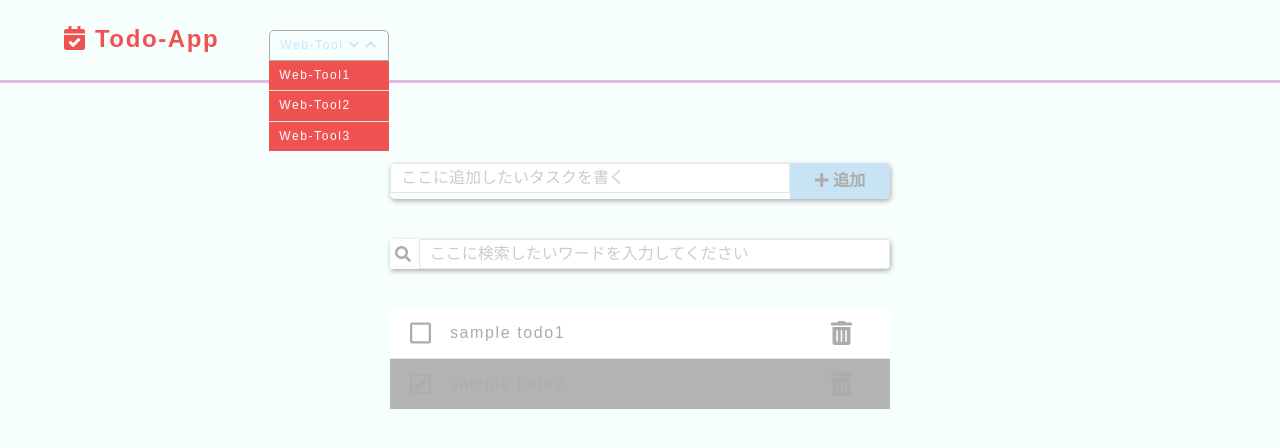
Repository: Hiroshii-m/todo_vue
Page: index.html
These files come from the project's save history. The page is drawn as it stood at one moment and after the next save; the edit follows.
The browser window is 1280 px wide. The pictures show the whole page.
The style sheet was rebuilt from its Sass, Less or Tailwind sources for each picture, by a compiler version that may differ from the author's.

Above is the page before, as saved 2021-06-26 21:23:50.

### index.html
<!DOCTYPE html>
<html lang="ja">
<head>
    <meta charset="UTF-8">
    <meta http-equiv="X-UA-Compatible" content="IE=edge">
    <meta name="viewport" content="width=device-width, initial-scale=1.0">
    <link rel="stylesheet" href="node_modules/@fortawesome/fontawesome-free/css/all.css">
    <link rel="stylesheet" href="dist/css/style.css">
    <title>TODO APP Vue</title>
</head>
<body class="u-bgColor-base">

    <!-- header -->
    <header id="l-header" class="u-border-bottom">
        <div class="c-header">
            <h2 class="c-header__home">
                <i class="fas fa-calendar-check"></i>
                <a class="c-header__text" href="">Todo-App</a>
            </h2>
            <h3 class="c-header__other">
                <div class="c-header__menu active">
                    Web-Tool
                    <i class="fas fa-chevron-down"></i>
                    <i class="fas fa-chevron-up"></i>
                </div>
                <ul class="c-header__subitem active">
                    <li class="c-header__item">
                        <a href="">Web-Tool1</a>
                    </li>
                    <li class="c-header__item">
                        <a href="">Web-Tool2</a>
                    </li>
                    <li class="c-header__item">
                        <a href="">Web-Tool3</a>
                    </li>
                </ul>
            </h3>
        </div>
    </header><!-- /header -->

    <!-- main -->
    <section id="l-main">
        <div class="c-main">
            <div id="l-addTask">
                <div class="c-addTask">
                    <input type="text" class="c-addTask__input" placeholder="ここに追加したいタスクを書く">
                    <button class="c-addTask__add">
                        <i class="fas fa-plus"></i>
                        追加
                    </button>
                </div>
            </div>
            <div id="l-search">
                <div class="c-search">
                    <i class="fas fa-search c-search__icon"></i>
                    <input type="text" class="c-search__input" placeholder="ここに検索したいワードを入力してください">
                </div>
            </div>
            <div id="l-list">
                <ul class="c-list">
                    <li class="c-list__item">
                        <i class="far fa-square c-list__icon"></i>
                        <span class="c-list__text">sample todo1</span>
                        <i class="fas fa-trash-alt c-list__icon"></i>
                    </li>
                    <li class="c-list__item c-list__item--done">
                        <i class="far fa-check-square c-list__icon"></i>
                        <span class="c-list__text">sample todo2</span>
                        <i class="fas fa-trash-alt c-list__icon"></i>
                    </li>
                </ul>
            </div>
        </div>
    </section><!-- /main -->

</body>
</html>

### src/scss/style.scss

// ======================================
// foundation
// ======================================
@use 'foundation/reset';
@use 'foundation/variables';
@use 'foundation/base';
// ======================================
// layout
// ======================================
#l-header {
    width: 100%;
}
#l-main {
    padding: 80px;
}
#l-addTask {
    margin-bottom: var(--space_3l);
}
#l-search {
    margin-bottom: var(--space_3l);
}
// ======================================
// object
// ======================================
// Component
// **************************************
.c-header {
    width: 90%;
    height: 80px;
    margin: 0 auto;
    display: flex;
    &__home {
        margin-right: 50px;
        font-weight: bold;
        color: var(--color_red);
        font-size: var(--font-size_xl);
        padding: var(--space_xl) 0;
    }
    &__other {
        font-size: var(--font-size_s);
        cursor: pointer;
        margin-top: 30px;
    }
    &__menu {
        padding: var(--space_s) var(--space_m);
        border: 1px solid var(--font-color_default);
        border-radius: 5px;
        &.active {
            border-radius: 5px 5px 0 0;
            color: var(--color_sky);
        }
    }
    &__subitem {
        display: none;
        transition: all .4s;
        &.active {
            display: block;
            transition: all .4s;
        }
    }
    &__item {
        color: #fff;
        background: var(--color_red);
        padding: var(--space_s) var(--space_m);
        border-bottom: 1px solid var(--border-color_default);
        &:last-child {
            border-bottom: none;
        }
        &:hover {
            background: var(--color_pale);
        }
    }
}
.c-main {
    width: var(--site-width_xxl);
    margin: 0 auto;
}
.c-task {
    max-width: 500px;
    margin: 0 auto;
    display: flex;
    &__input {
        height: 100%;
        padding: 5px 10px;
        border: 1px solid var(--border-color_default);
        box-sizing: border-box
    }
    &__icon {
        width: 30px;
        padding: var(--space_s);
    }
}
.c-addTask {
    @extend .c-task;
    border-radius: 5px;
    box-shadow: 1px 2px 5px 0px;
    overflow: hidden;
    &__input {
        @extend .c-task__input;
        width: 80%;
    }
    &__add {
        width: 20%;
        text-align: center;
        background: var(--color_sky);
        padding: var(--space_s) var(--space_m);
        font-weight: bold;
    }
}
.c-search {
    @extend .c-task;
    border-radius: 0 5px 5px 0;
    box-shadow: 1px 2px 5px 0px;
    overflow: hidden;
    background: #fff;
    align-items: center;
    &__icon {
        @extend .c-task__icon;
    }
    &__input {
        @extend .c-task__input;
    }
}
.c-list {
    &__item {
        @extend .c-task;
        height: 50px;
        background: #fff;
        padding: var(--space_s) var(--space_l);
        border-bottom: 1px solid var(--border-color_default);
        align-items: center;
        &:last-child {
            border-bottom: none;
        }
        &--done {
            background: rgb(179, 179, 179);
        }
    }
    &__icon {
        @extend .c-task__icon;
        font-size: var(--font-size_xl);
    }
    &__text {
        width: 80%;
        margin-left: var(--space_l);
        cursor: pointer;
    }
}
// Project
// **************************************
// Utility
// **************************************
.u-border {
    &-bottom {
        border-bottom: 3px solid var(--color_accent);
    }
}
.u-bgColor {
    &-base {
        background: var(--color_base);
    }
}

### src/scss/foundation/_variables.scss
:root {
    --font-color_default: #acacac;
    --color_base: #F7FFFE;
    --color_accent: #E3B6E5;
    --color_sky: #C8E4F4;
    --color_red: #F05252;
    --border-color_default: #E6E6E6;
    --color_pale: #FCBAAE;


    --site-width_xxl: 980px;
    --site-width_xl: 780px;
    --site-width_md: 580px;
    --site-width_ms: 414px;

    --font-size_s: 12px;
    --font-size_m: 14px;
    --font-size_default: 16px;
    --font-size_l: 18px;
    --font-size_xl: 24px;
    --font-size_xxl: 28px;
    --font-size_3l: 38px;


    --space_s: 5px;
    --space_m: 10px;
    --space_l: 15px;
    --space_xl: 20px;
    --space_xxl: 30px;
    --space_3l: 40px;

    --font-family_default: "メイリオ", sans-serif;
}

### src/scss/foundation/_base.scss
html, body {
    width: 100%;
    color: var(--font-color_default);
    line-height: 1.6;
    font-family: var(--font-family_default);
    letter-spacing: 0.1em;
}

p, a {
    -webkit-font-smoothing: antialiased;
}

img {
    width: 100%;
    height: 100%;
    vertical-align: bottom;
    object-fit: cover;
}

input {
    display: block;
    width: 100%;
    background: #fff;
}

textarea {
    resize: vertical;
    height: 30px;
}

::placeholder {
    color: #ccc;
}

iframe {
    width: 100%;
}

i {
    cursor: pointer;
}

Loaded but not shown: node_modules/@fortawesome/fontawesome-free/css/all.css (library); src/scss/foundation/_reset.scss (common file)

After the next save:
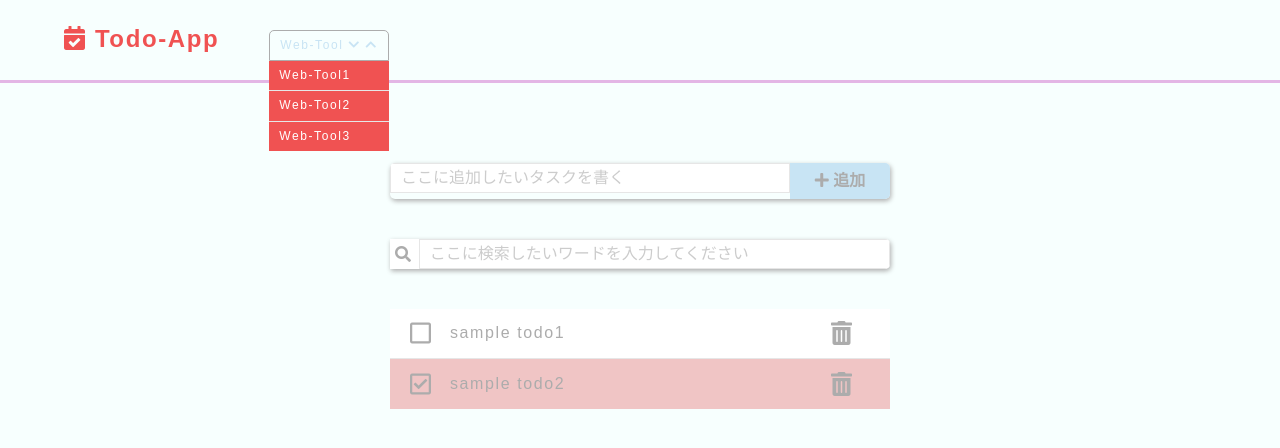
Saved 10 s later.
--- a/src/scss/style.scss
+++ b/src/scss/style.scss
@@ -134,7 +134,7 @@
             border-bottom: none;
         }
         &--done {
-            background: rgb(179, 179, 179);
+            background: rgb(240, 197, 197);
         }
     }
     &__icon {
